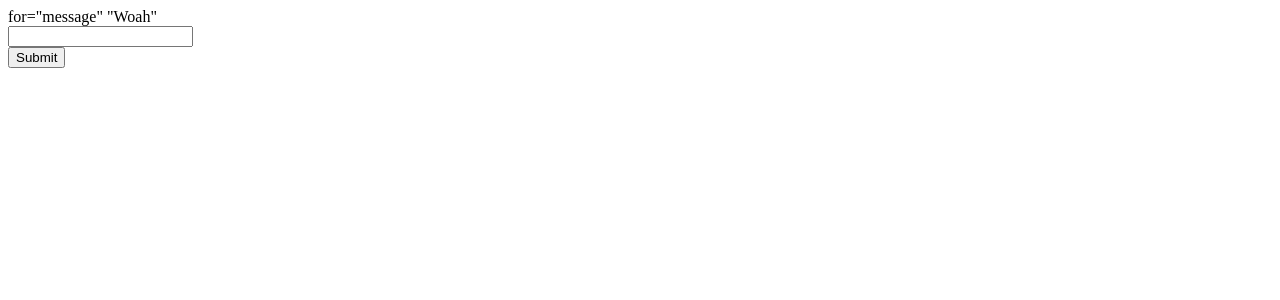
Repository: kua23/springboot
Page: amazon/amazon/src/main/resources/index.html
These files come from the project's save history. The page is drawn as it stood at one moment and after the next save; the edit follows.
The browser window is 1280 px wide. The pictures show the whole page.

Above is the page before, as saved 2025-04-14 00:40:17.

### amazon/amazon/src/main/resources/index.html
<!DOCTYPE html>
<html>
<head>
<meta charset="UTF-8">
<title>Amazon.com</title>
</head>
<body>
<form action="/customers" method = "POST">
	<label>for="message" "Woah" </label><br>
	<input type="text" id="name" name="name"><br>
	<button type="Submit">Submit</button>
</form>
</body>
</html>

After the next save:
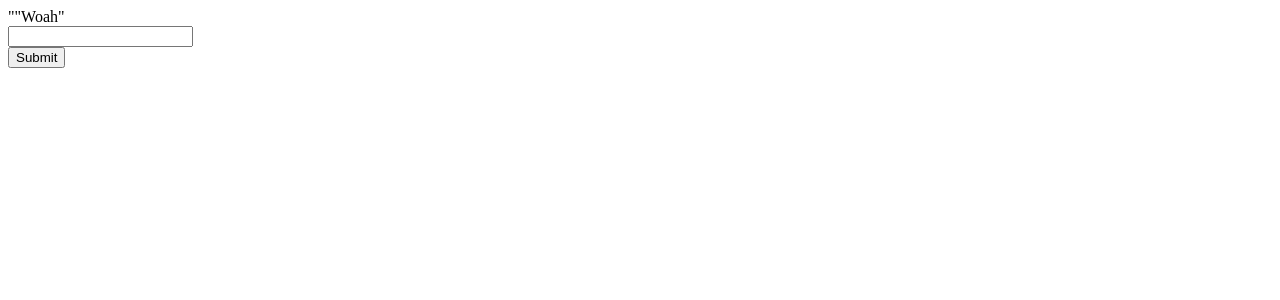
Saved 13 s later.
--- a/amazon/amazon/src/main/resources/index.html
+++ b/amazon/amazon/src/main/resources/index.html
@@ -6,7 +6,7 @@
 </head>
 <body>
 <form action="/customers" method = "POST">
-	<label>for="message" "Woah" </label><br>
+	<label for="message"> ""Woah" </label><br>
 	<input type="text" id="name" name="name"><br>
 	<button type="Submit">Submit</button>
 </form>
